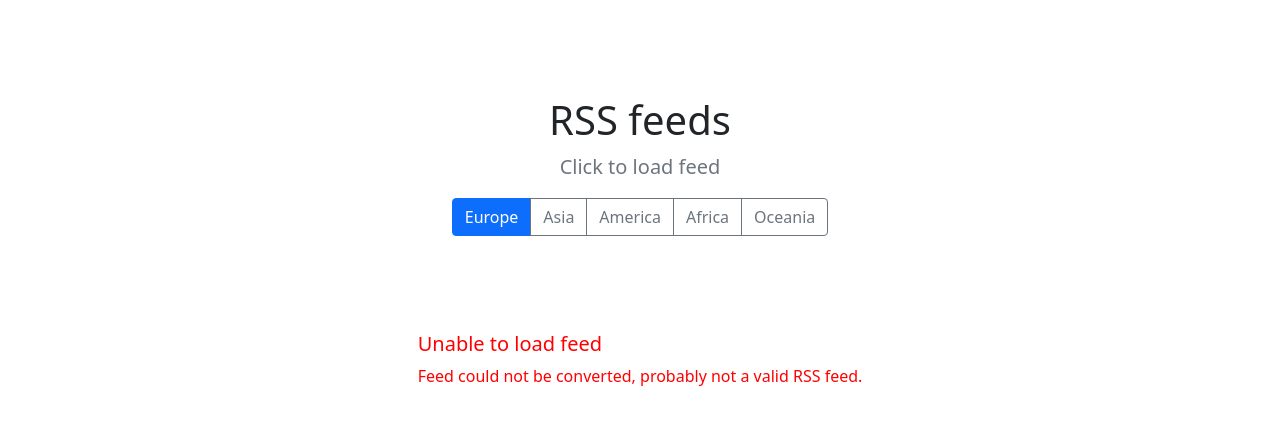
Repository: lilit1121/Templating-DOM-manipulation-and-data-processing
Page: asia.html
The author's editor kept a copy of each file at every save. The page is drawn from the files as they stood at one save, then again after a run of saves.
The browser window is 1280 px wide. The pictures show the whole page.
The page's requests for data from a server got no answer.

Above is the page before, as saved 2023-02-09 16:13:59.

### asia.html
<!DOCTYPE html>
<html lang="en">
   <head>
    <meta charset="UTF-8" />
    <meta http-equiv="X-UA-Compatible" content="IE=edge" />
    <meta name="viewport" content="width=device-width, initial-scale=1.0" />
    <link rel="stylesheet" href="styles.css" />
    <link
      href="https://cdn.jsdelivr.net/npm/bootstrap@5.0.2/dist/css/bootstrap.min.css"
      rel="stylesheet"
      integrity="sha384-EVSTQN3/azprG1Anm3QDgpJLIm9Nao0Yz1ztcQTwFspd3yD65VohhpuuCOmLASjC"
      crossorigin="anonymous"
    />
    <script
      src="https://cdn.jsdelivr.net/npm/bootstrap@5.0.2/dist/js/bootstrap.bundle.min.js"
      integrity="sha384-MrcW6ZMFYlzcLA8Nl+NtUVF0sA7MsXsP1UyJoMp4YLEuNSfAP+JcXn/tWtIaxVXM"
      crossorigin="anonymous"
    ></script>
    <title>Templating, DOM manipulation and data processing</title>
  </head>
  <body>
    <section class="py-5 text-center container">
      <div class="row py-lg-5">
        <div class="col-lg-6 col-md-8 mx-auto">
          <h1 class="fw-light">RSS feeds</h1>
          <p class="lead text-muted">Click to load feed</p>
          <div class="btn-group">
            <a href="./europe.html#" class="btn btn-primary">Europe</a>
            <a href="./asia.html#" class="btn btn-outline-secondary">Asia</a>
            <a href="./americas.html#" class="btn btn-outline-secondary"
              >America</a
            >
            <a href="./africa.html#" class="btn btn-outline-secondary"
              >Africa</a
            >
            <a href="./oceania.html#" class="btn btn-outline-secondary"
              >Oceania</a
            >
          </div>
        </div>
      </div>
    </section>


    <!-- Loading state UI -->
    <div id="loadding" class="visually-hidden">
      <svg
      xmlns="http://www.w3.org/2000/svg"
      xmlns:xlink="http://www.w3.org/1999/xlink"
      style="margin: auto; background: #fff; display: block"
      width="200px"
      height="200px"
      viewBox="0 0 100 100"
      preserveAspectRatio="xMidYMid"
    >
      <circle
        cx="50"
        cy="50"
        r="32"
        stroke-width="8"
        stroke="#416cff"
        stroke-dasharray="50.26548245743669 50.26548245743669"
        fill="none"
        stroke-linecap="round"
      >
        <animateTransform
          attributeName="transform"
          type="rotate"
          repeatCount="indefinite"
          dur="1s"
          keyTimes="0;1"
          values="0 50 50;360 50 50"
        ></animateTransform>
      </circle>
    </svg>
  </div>

    <!-- Error state UI -->
    <div id="error">
      <div>
      <h5>Unable to load feed</h5>
      <!-- Show error message, if applicable -->
      Feed could not be converted, probably not a valid RSS feed.<br />
    </div>
  </div>
    <!-- Pagination -->
    <div  id="main_container" class="container">
    <section class="py-5 text-center container">
      <div class="row py-lg-5">
        <nav>
          <ul class="pagination">
            <li class="page-item disabled">
              <a class="page-link">Previous</a>
            </li>
            <li class="page-item active">
              <a class="page-link" href="#">1</a>
            </li>
            <li class="page-item">
              <a class="page-link" href="#">2</a>
            </li>
            <li class="page-item"><a class="page-link" href="#">3</a></li>
            <li class="page-item">
              <a class="page-link" href="#">Next</a>
            </li>
          </ul>
        </nav>
      </div>
    </section>

      <!-- Feed (Show no more than 5 posts per page) -->
      <div
       id="content_section"
        class="row row-cols-1 row-cols-sm-2 row-cols-md-3 g-3"
      ></div>


    <!-- Pagination -->
    <section class="py-5 text-center container">
      <div class="row py-lg-5">
        <nav>
          <ul class="pagination">
            <li class="page-item disabled">
              <a class="page-link">Previous</a>
            </li>
            <li class="page-item active">
              <a class="page-link" href="#">1</a>
            </li>
            <li class="page-item">
              <a class="page-link" href="#">2</a>
            </li>
            <li class="page-item"><a class="page-link" href="#">3</a></li>
            <li class="page-item">
              <a class="page-link" href="#">Next</a>
            </li>
          </ul>
        </nav>
      </div>
    </div>
    </section>
    <script src="./script.js"></script>
  </body>
</html>

### styles.css

.card-text {
    display: -webkit-box;
    -webkit-box-orient: vertical;
    -webkit-line-clamp: 4;
    overflow: hidden;
  }
#error{
  display: none;
  justify-content: center;
  color: red;
}

### script.js
const main_container = document.getElementById("main_container");
const content_section = document.getElementById("content_section");
const page_item = document.querySelectorAll(".page-item");
const loadding = document.getElementById("loadding");
const error = document.getElementById("error");
let countriesData;
let sliceStart = 0;
let currentPage = 1;



page_item.forEach((el) => {
  el.addEventListener("click", (event) => {
    changePage(event);
  });
});

function changePage(e) {
  if (e.target.innerText === "Next" && sliceStart < 10) {
    sliceStart += 5;
    currentPage = (sliceStart - 5) / 5 + 2;
  } else if (e.target.innerText === "Previous" && sliceStart > 0) {
    sliceStart -= 5;
    currentPage = (sliceStart + 5) / 5;
  } else if (
    e.target.innerText === "1" ||
    e.target.innerText === "2" ||
    e.target.innerText === "3"
  ) {
    currentPage = +e.target.innerText;
    sliceStart = (+e.target.innerText - 1) * 5;
  }
  page_item.forEach((el) => {
    el.classList.remove("active");
    el.classList.remove("disabled");
    if (currentPage === +el.innerText) el.classList.add("active");
    else if (currentPage === 1 && el.innerText === "Previous")
      el.classList.add("disabled");
    else if (currentPage === 3 && el.innerText === "Next")
      el.classList.add("disabled");
  });
  showCountrys(countriesData, sliceStart);
}

function showCountrys(countriesData, sliceStart) {
  let countrys = countriesData.slice(sliceStart, sliceStart + 5);
  content_section.innerHTML = "";
  for (let i = 0; i < countrys.length; i++) {
    content_section.innerHTML += `<div id="content_section" class="col">
    <div class="card shadow-sm">
      <img src=${countrys[i].flags.png} />
      <div class="card-body">
        <h4>
          Country: ${countrys[i].name.official}
        </h4>
        <h5>
          Country: ${countrys[i].capital ? countrys[i].capital[0] : undefined}
        </h5>
        <p class="card-text">
          <small
            >Population: ${countrys[i].population}</small
          >
        </p>
        <p><a href="#">Read more &rarr;</a></p>
        <div class="d-flex justify-content-between align-items-center">
          <!-- Format date appropriately as per browser/device region format -->
          <small class="text-muted">Dec 10, 2021</small>
        </div>
      </div>
    </div>
    </div>  `;
  }
}

(async function getCountriesDataByRegion() {
  loadding.style.display = "contents";
  main_container.style.display = "none";
  await fetch(
    `https://restcountries.com/v3.1/region/${
      window.location.pathname.slice(1).split(".")[0]
    }`
  )
    .then((res) => res.json())
    .then((data) => {
      countriesData = data.slice(0, 15);
      showCountrys(countriesData, sliceStart);
      main_container.style.display = "block";
    })
    .catch(() => (error.style.display = "flex"));

  loadding.style.display = "none";
})();

After the next 2 saves:
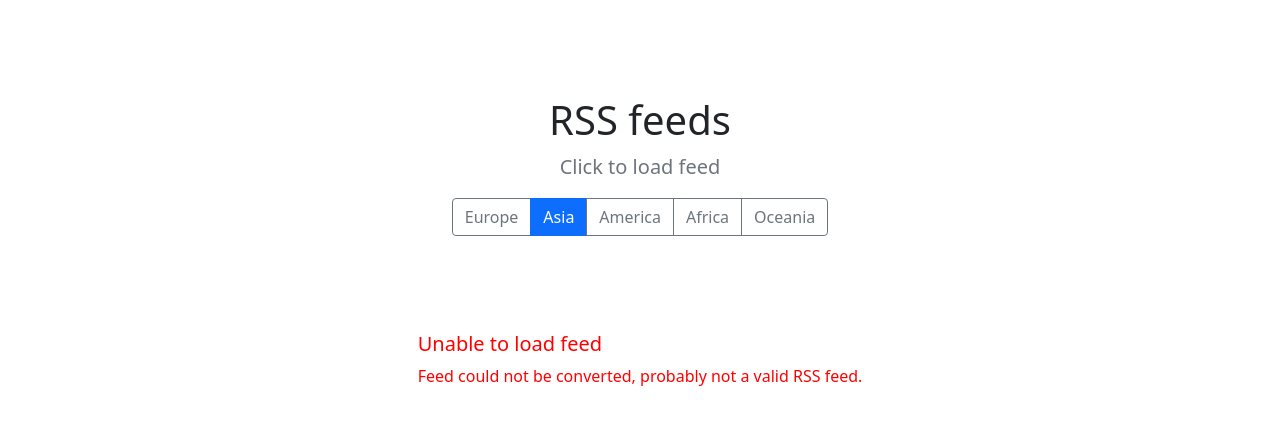
The 2 saves are shown as one change because they came seconds apart.
The last was saved 19 s later.
--- a/asia.html
+++ b/asia.html
@@ -25,8 +25,8 @@
           <h1 class="fw-light">RSS feeds</h1>
           <p class="lead text-muted">Click to load feed</p>
           <div class="btn-group">
-            <a href="./europe.html#" class="btn btn-primary">Europe</a>
-            <a href="./asia.html#" class="btn btn-outline-secondary">Asia</a>
+            <a href="./europe.html#" class="btn btn-outline-secondary">Europe</a>
+            <a href="./asia.html#" class="btn btn-primary">Asia</a>
             <a href="./americas.html#" class="btn btn-outline-secondary"
               >America</a
             >
